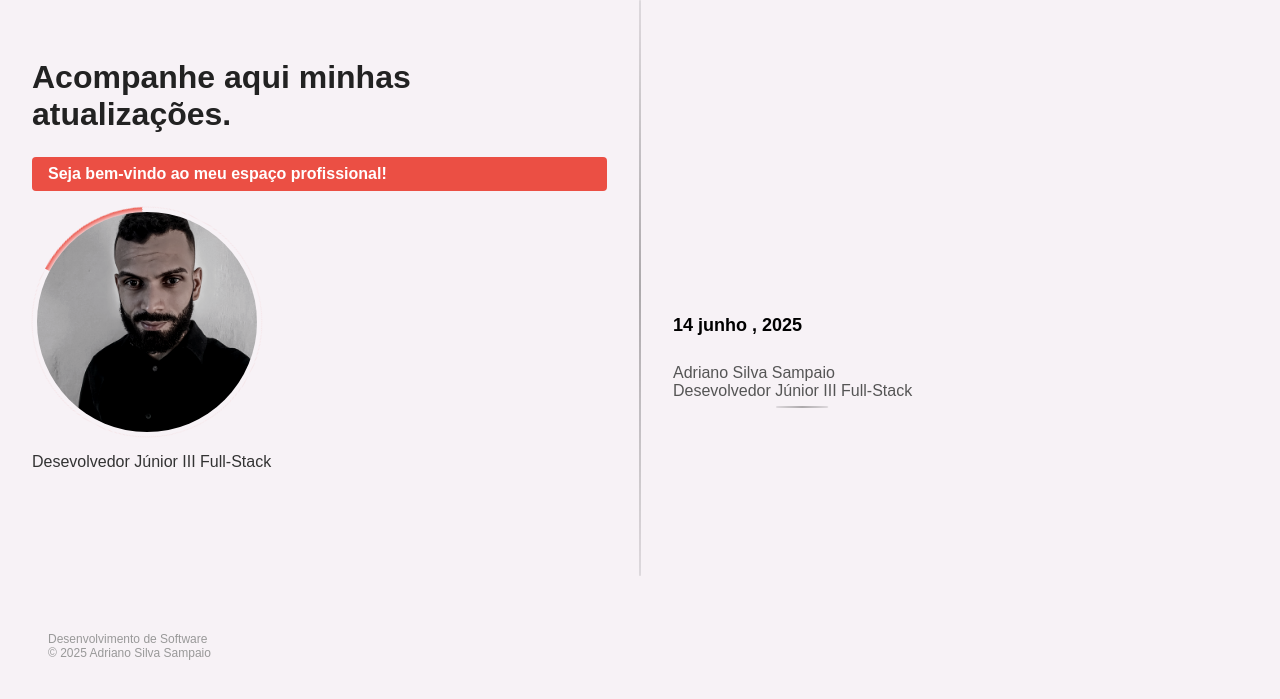
Repository: umdevadriano/portifolio2025
Page: /
These files come from the project's save history. The page is drawn as it stood at one moment and after the next save; the edit follows.
The browser window is 1280 px wide. The pictures show the whole page.
The project was rebuilt for these pictures with package versions that can differ from the ones it lists, and the page was loaded fresh each time. Also part of the build but not shown: vite.config.ts.

Above is the page before, as saved 2025-06-19 17:22:02.

### index.html
<!doctype html>
<html lang="en">
  <head>
    <meta charset="UTF-8" />
    <!-- <link rel="icon" type="image/svg+xml" href="/vite.svg" /> -->
    <meta name="viewport" content="width=device-width, initial-scale=1.0" />
    <title>Adriano Silva Sampaio </title>
  </head>
  <body>
    <div id="root"></div>
    <script type="module" src="/src/main.tsx"></script>
  </body>
</html>

### src/App.tsx
import './App.css'
import ContainerPrincipal from './componentes/containerPrincipal/ContainerPrincipal'
function App() {
  return (
    <>
      <ContainerPrincipal/>
    </>
  )
}

export default App

### src/componentes/containerPrincipal/ContainerPrincipal.tsx
import styled, { createGlobalStyle } from 'styled-components';
import Cabecalho from '../Body/Body';
function ContainerPrincipal() {
  const GlobalStyle = createGlobalStyle`
    *, *::before, *::after {
    box-sizing: border-box;
  }

    html, body {
      margin: 0;
      padding: 0;
      overflow-x: hidden;
      width: 100%;
    }
  `;

  const Principal = styled.div`
    display: flex;
    justify-content: center;
    width: 100%;
    height: 100vh;
    background-color: #f7f2f6;
    box-shadow: 0 4px 12px rgba(0, 0, 0, 0.1);
    font-family: 'Arial', sans-serif;
    overflow: hidden;
    margin: 0;
    padding: 0;
  `;
  return (
    <>
      <GlobalStyle />
      <Principal>
        <Cabecalho/>
      </Principal>
    </>
  )
}
export default ContainerPrincipal

### src/componentes/Body/Body.tsx
import Principal from '../Principal/Principal';
import Title from '../Title/Title';
import Banner from '../Banner/Banner';
import ProfileWrapper from '../ProfileWrapper/ProfileWrapper';
import SpinnerBorder from '../SpinnerBorder/SpinnerBorder';
import Profile from '../Profile/Profile';
import Role from '../Role/Role';
import Footer from '../Footer/Footer';
import Divider from '../Divider/Divider';
import RightSide from '../RightSide/RightSide';
import DateComponente from '../DateComponente/DateComponente';
import Description from '../Description/Description';
const data = new Date();
const dia = String(data.getDate()).padStart(2, '0');
const mes = data.toLocaleString('pt-BR', { month: 'long' });
const ano = data.getFullYear();

function Cabecalho() {
  return (
    <>
      <Principal>
        <Title>Acompanhe aqui minhas atualizações.</Title>
        <Banner>Seja bem-vindo ao meu espaço profissional!</Banner>
        <ProfileWrapper>
          <SpinnerBorder/>
          <Profile/>
        </ProfileWrapper>
        <Role> Desevolvedor Júnior III Full-Stack </Role>
        <Footer>Desenvolvimento de Software<br />© {ano} Adriano Silva Sampaio</Footer>
      </Principal>
      <Divider />
      <RightSide>
        <DateComponente>{dia}  {mes} , {ano} </DateComponente>
        <Description>
          Adriano Silva Sampaio<br />
          Desevolvedor Júnior III Full-Stack
        </Description>
      </RightSide>
    </>
  )
}
export default Cabecalho

### src/componentes/Principal/Principal.tsx
import styled from 'styled-components';

type Props = {
  children: React.ReactNode;
};

function Principal({ children }: Props){

    const Principal_div = styled.div`
        flex: 1;
        padding: 32px;
        display: flex;
        flex-direction: column;
        justify-content: center;
    `;
    return (
        <>
        <Principal_div>  {children}</Principal_div>
        </>
    )
}

export default Principal

### src/componentes/Title/Title.tsx
import styled from 'styled-components';

type Props = {
  children: React.ReactNode;
};

function Title({ children }: Props){

    const TitleH2 = styled.h2`
        font-size: 32px;
        margin-bottom: 24px;
        color: #222;
  `;
    return (
        <>
        <TitleH2>{children}</TitleH2>
        </>
    )
}

export default Title

### src/componentes/Banner/Banner.tsx
import styled from 'styled-components';

type Props = {
  children: React.ReactNode;
};

function Banner({ children }: Props){

    const BannerDiv = styled.div`
        background-color: #eb4f44;
        color: white;
        padding: 8px 16px;
        font-weight: bold;
        font-size: 16px;
        display: inline-block;
        border-radius: 4px;
    `;
    return (
        <>
        <BannerDiv>{children}</BannerDiv>
        </>
    )
}

export default Banner

### src/componentes/ProfileWrapper/ProfileWrapper.tsx
import styled from 'styled-components';

type Props = {
  children: React.ReactNode;
};

function ProfileWrapper({ children }: Props){

  // Wrapper da imagem com efeito de borda girando
  const ProfileWrapperDiv = styled.div`
    position: relative;
    width: 230px;
    height: 230px;
    display: flex;
    align-items: center;
    margin-top:1rem;
    justify-content: center;
  `;

    return (
        <>
        <ProfileWrapperDiv>{children}</ProfileWrapperDiv>
        </>
    )
}

export default ProfileWrapper

### src/componentes/SpinnerBorder/SpinnerBorder.tsx
import styled, { keyframes } from 'styled-components';

function SpinnerBorder(){
    const rotate = keyframes`
        0% {
            transform: rotate(0deg);
        }
        100% {
            transform: rotate(360deg);
        }
    `;

    // Wrapper da imagem com efeito de borda girando
    const SpinnerBorderDiv = styled.div`
        position: absolute;
        width: 230px;
        height: 230px;
        border-radius: 50%;
        animation: ${rotate} 3s linear infinite;
        pointer-events: none;

        background: conic-gradient(
        #eb4f44 0deg 60deg,
        transparent 60deg 360deg
        );

        mask: radial-gradient(transparent 108px, #000 115px);
        -webkit-mask: radial-gradient(transparent 108px, #000 115px);

        box-shadow: 0 0 6px rgba(235, 79, 68, 0.5);
    `;
    return (
        <>
        <SpinnerBorderDiv></SpinnerBorderDiv>
        </>
    )
}

export default SpinnerBorder

### src/componentes/Profile/Profile.tsx
import styled from 'styled-components';
import foto from '../assets/foto2.png'

function Profile(){

    const ProfileImg = styled.img`
        width: 220px;
        height: 220px;
        border-radius: 50%;
        object-fit: cover;
        background-color: white;
        z-index: 1;
        filter: grayscale(60%) contrast(110%);
    `;

    return (
        <>
        <ProfileImg src={foto} alt="Foto de perfil"></ProfileImg>
        </>
    )
}

export default Profile

### src/componentes/Role/Role.tsx
import styled from 'styled-components';

type Props = {
  children: React.ReactNode;
};

function Role({ children }: Props){
    const RoleP = styled.p`
        font-size: 16px;
        font-weight: 500;
        color: #333;
    `;
    return (
        <>
        <RoleP>{children}</RoleP>
        </>
    )
}
export default Role

### src/componentes/Footer/Footer.tsx
import styled from 'styled-components';

type Props = {
  children: React.ReactNode;
};

function Footer({ children }: Props){

    const FooterP = styled.p`
        font-size: 12px;
        color: #999;
        margin-top: auto;
        padding: 1rem;
    `;
    return (
        <>
        <FooterP>{children}</FooterP>
        </>
    )
}

export default Footer

### src/componentes/Divider/Divider.tsx
import styled from 'styled-components';

function Divider(){

    const DividerDiv = styled.div`
        width: 2px;
        height: 80%;
        background: linear-gradient(
            to bottom,
            rgba(0, 0, 0, 0.1),
            rgba(0, 0, 0, 0.3),
            rgba(0, 0, 0, 0.1)
        );
        border-radius: 1px;
        position: relative;
        overflow: hidden;
        &::after {
            content: "";
            position: absolute;
            top: 0;
            left: 0;
            width: 100%;
            height: 100%;
            background: linear-gradient(
                to bottom,
                transparent 40%,
                rgba(255, 255, 255, 0.7) 50%,
                transparent 60%
            );
                animation: shine 3.8s linear infinite;
                pointer-events: none;
         }

        @keyframes shine {
            0% {
            transform: translateY(-100%);
            }
            100% {
            transform: translateY(100%);
            }
        }
    `;
    return (
        <>
        <DividerDiv></DividerDiv>
        </>
    )
}

export default Divider

### src/componentes/RightSide/RightSide.tsx
import styled from 'styled-components';
type Props = {
  children: React.ReactNode;
};

function RightSide({ children }: Props){
    const RightSideDiv = styled.div`
        flex: 1;
        padding: 32px;
        display: flex;
        flex-direction: column;
        justify-content: center;
    `;

    return (
        <>
        <RightSideDiv>{children}</RightSideDiv>
        </>
    )
}

export default RightSide

### src/componentes/DateComponente/DateComponente.tsx
import styled from 'styled-components';
type Props = {
  children: React.ReactNode;
};
function Date({ children }: Props){
    const DateP = styled.p`
        font-size: 18px;
        font-weight: bold;
        margin-bottom: 12px;
    `;
    return (
        <>
        <DateP>{children}</DateP>
        </>
    )
}
export default Date

### src/componentes/Description/Description.tsx
import styled from 'styled-components';
type Props = {
  children: React.ReactNode;
};
function Description({ children }: Props){
const DescriptionP = styled.p`
  font-size: 16px;
  color: #555;
  position: relative;
  padding-bottom: 8px;

  &::after {
    content: "";
    position: absolute;
    left: 0;
    bottom: 0;
    width: 100%;
    height: 2px;
    border-radius: 1px;
    overflow: hidden;
  }

  &::before {
    content: "";
    position: absolute;
    left: 0;
    bottom: 0;
    width: 9%;
    height: 2px;
       background: linear-gradient(
      to right,
      rgba(0, 0, 0, 0.1),
      rgba(0, 0, 0, 0.3),
      rgba(0, 0, 0, 0.1)
    );
    animation: shine 5.5s linear infinite alternate;
    border-radius: 1px;
    pointer-events: none;
  }

  @keyframes shine {
    0% {
      transform: translateX(-10%);
    }
    100% {
      transform: translateX(200%);
    }
  }
`;
    return (
        <>
        <DescriptionP>{children}</DescriptionP>
        </>
    )
}
export default Description

Loaded but not shown: src/main.tsx (common file); src/App.css (no stored copy; drawn as an empty file); src/index.css (no stored copy; drawn as an empty file)

After the next save:
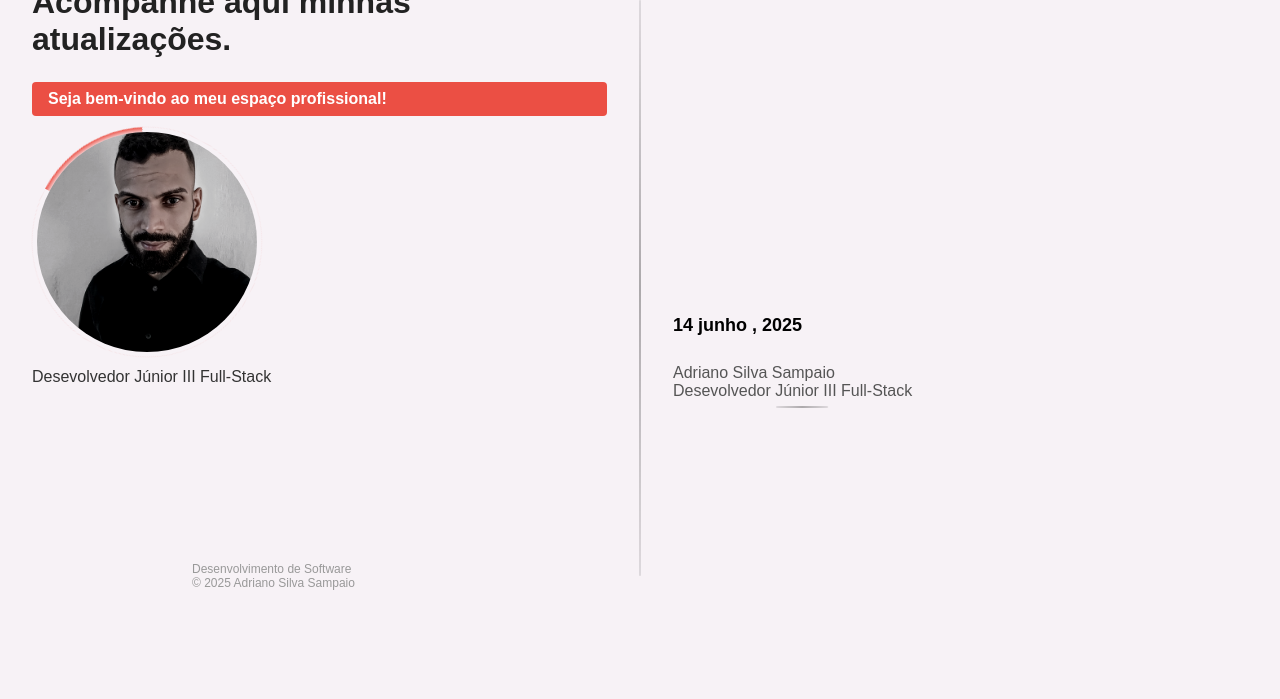
Saved 33 s later.
--- a/src/componentes/Footer/Footer.tsx
+++ b/src/componentes/Footer/Footer.tsx
@@ -10,7 +10,7 @@
         font-size: 12px;
         color: #999;
         margin-top: auto;
-        padding: 1rem;
+        padding: 10rem;
     `;
     return (
         <>

After the save that followed:
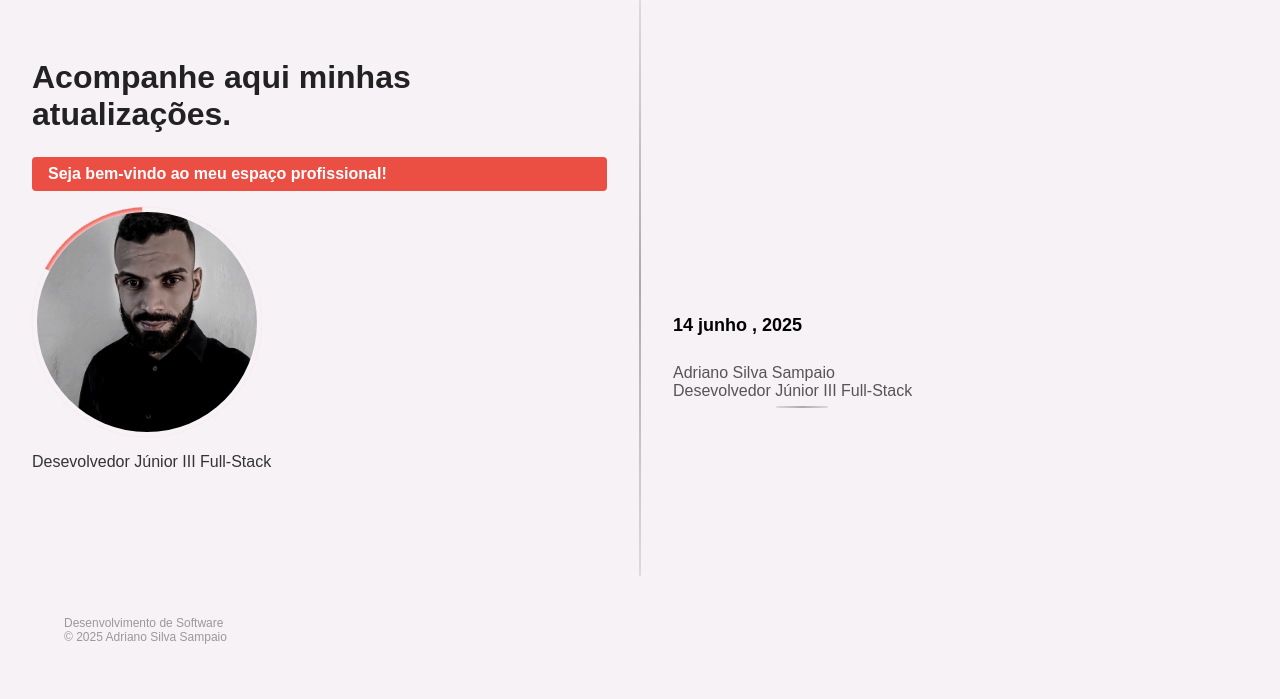
Saved 12 s later.
--- a/src/componentes/Footer/Footer.tsx
+++ b/src/componentes/Footer/Footer.tsx
@@ -10,7 +10,7 @@
         font-size: 12px;
         color: #999;
         margin-top: auto;
-        padding: 10rem;
+        padding: 2rem;
     `;
     return (
         <>
